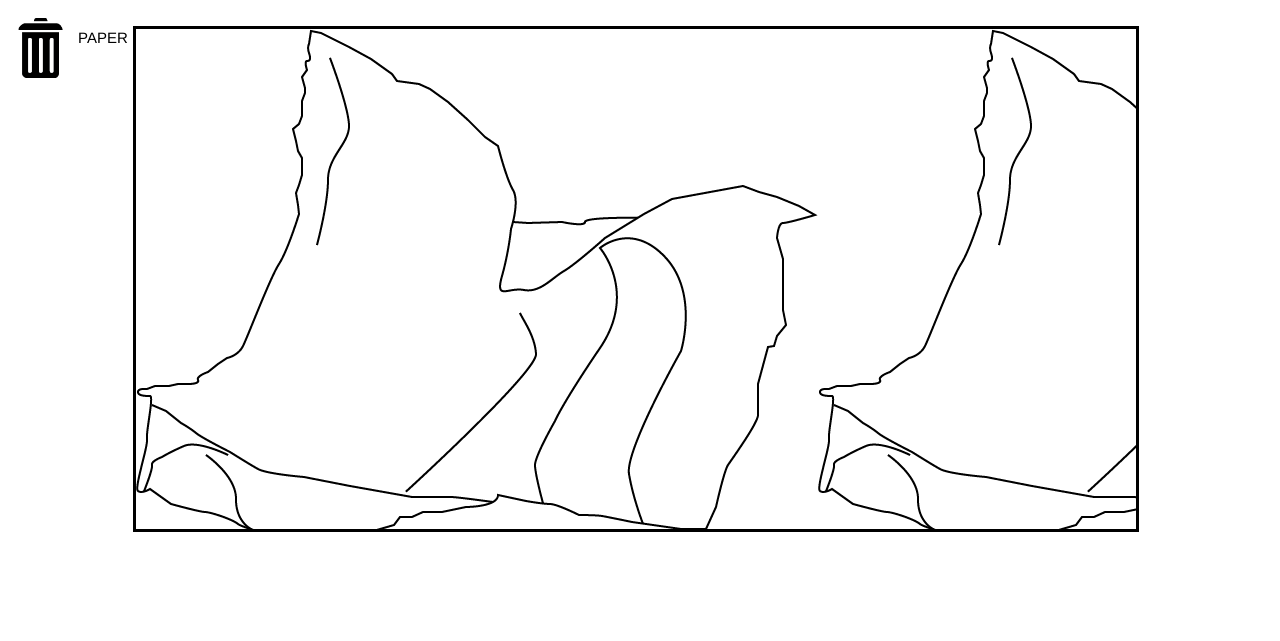
Repository: raghu225/raghu225.github.io
Page: space/test.html
The author's editor kept a record of every edit. The page is drawn from the files as they stood at one moment, then again after the next edit.
The browser window is 1280 px wide. The pictures show the whole page.
Some web libraries are served in a nearby version.

Above is the page before.

After the next edit:
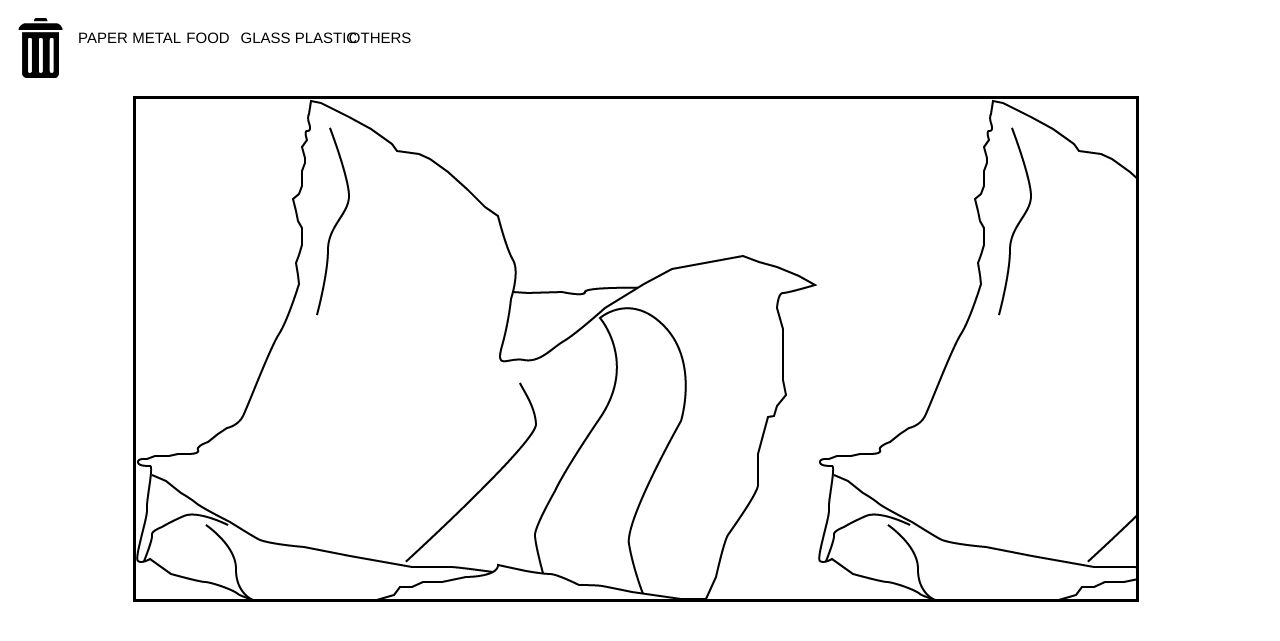
The edit:
--- a/space/test.html
+++ b/space/test.html
@@ -22,7 +22,7 @@
         <br>
 
     <div class="container">
-        <div class="lightbox">
+        <div class="lightbox2">
             <!--<img class="images" src="images/kurkure.png"/>-->
         </div>
 
